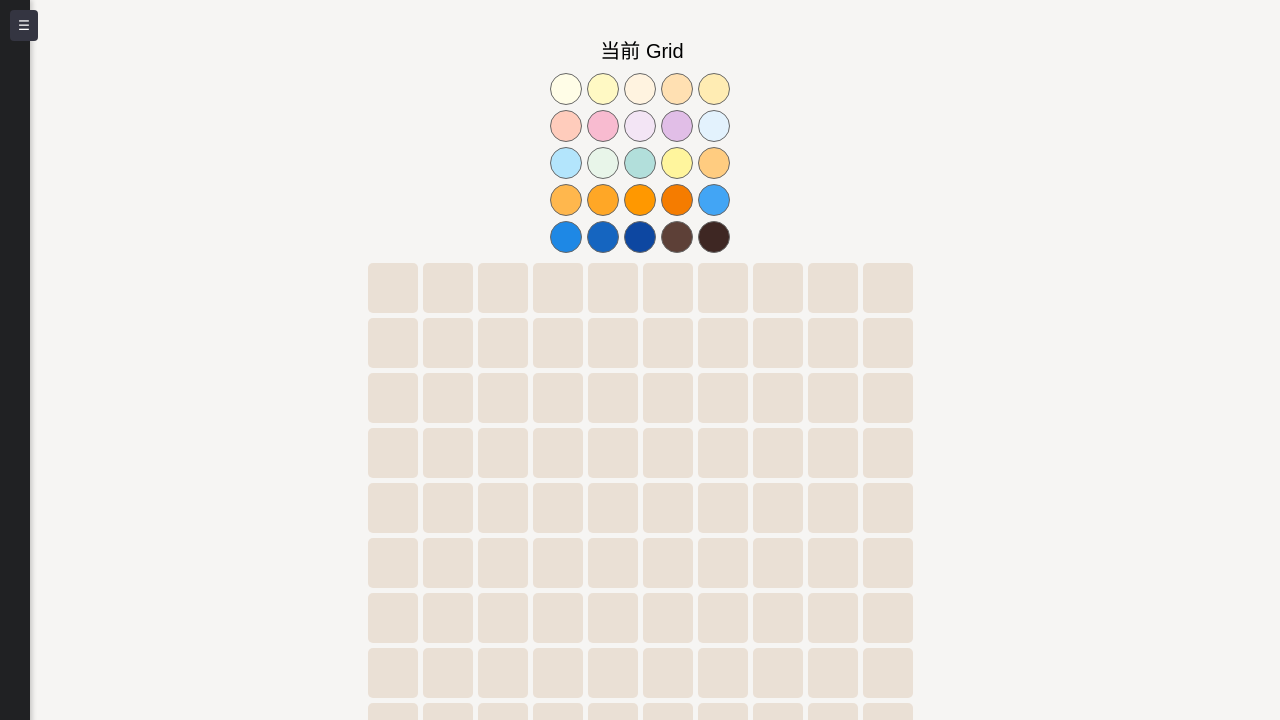
Repository: JemmaUZH/100-Hours
Page: index.html
An editor plug-in stored every save of this project. The page is shown before and after the next save, followed by the edit.
The browser window is 1280 px wide. The pictures show the whole page.
An inner scrolling area shows only its first screen.

Above is the page before, as saved 2025-02-26 16:21:46.

After the next save:
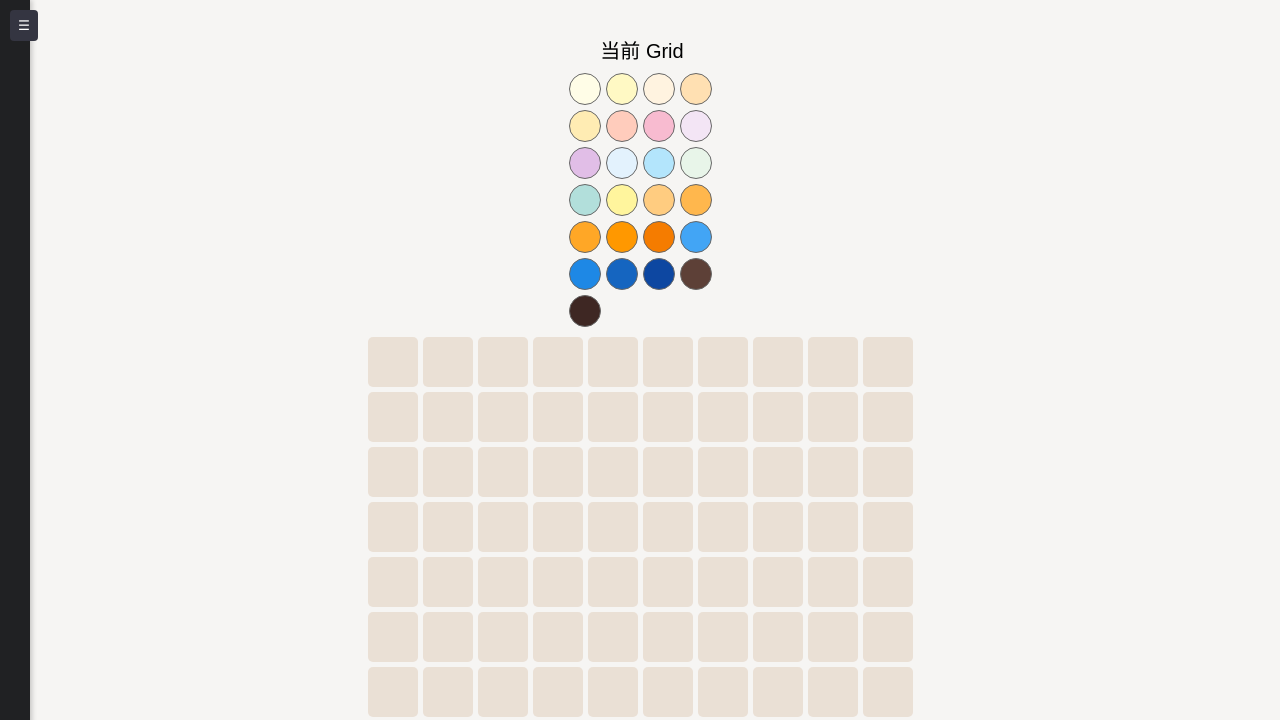
Saved 5 min 48 s later.
--- a/css/styles.css
+++ b/css/styles.css
@@ -70,7 +70,7 @@
   /* 颜色选择器 */
   .color-picker {
     display: grid;
-    grid-template-columns: repeat(5, 1fr);
+    grid-template-columns: repeat(4, 1fr);
     gap: 5px;
     margin-bottom: 10px;
   }
